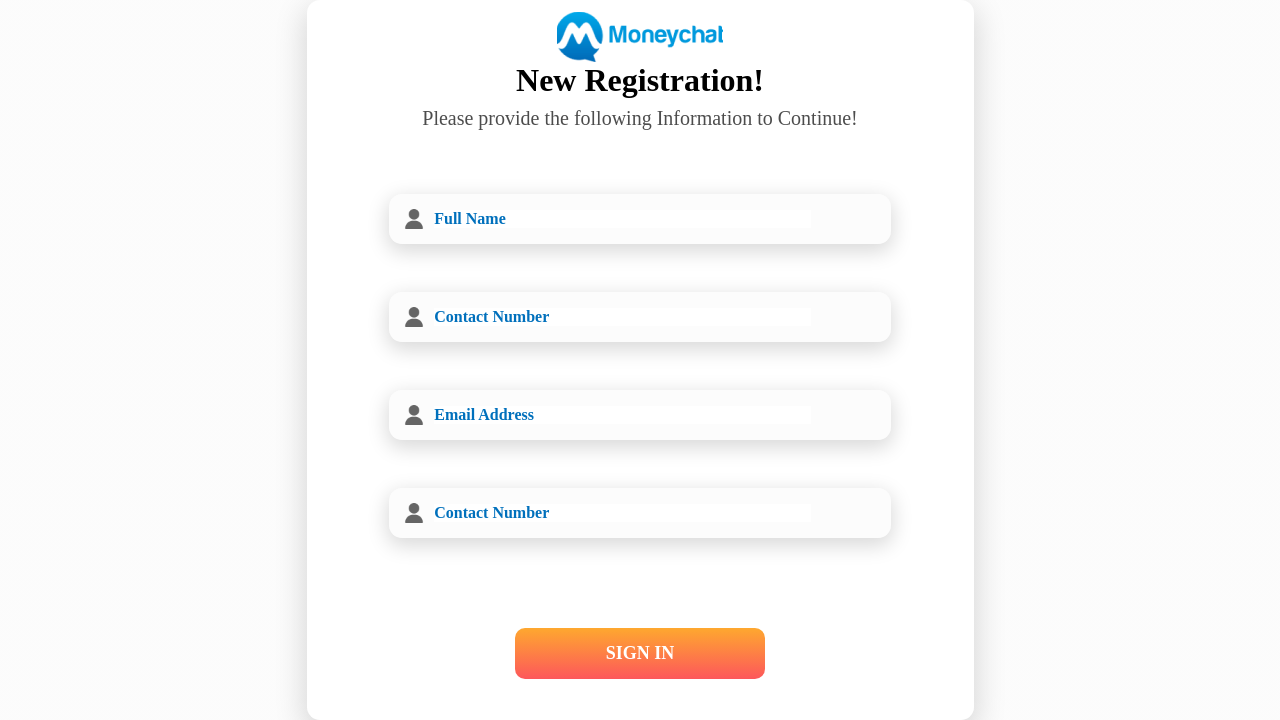
Repository: FlyweisReact/Money-Chat
Page: /register
An editor plug-in stored every save of this project. The page is shown before and after a run of saves, followed by the edit.
The browser window is 1280 px wide. The pictures show the whole page.
The project was rebuilt for these pictures with package versions that can differ from the ones it lists, and the page was loaded fresh each time. Also part of the build but not shown: src/forms/Login.jsx.

Above is the page before, as saved 2023-11-29 14:48:20.

After the next 2 saves:
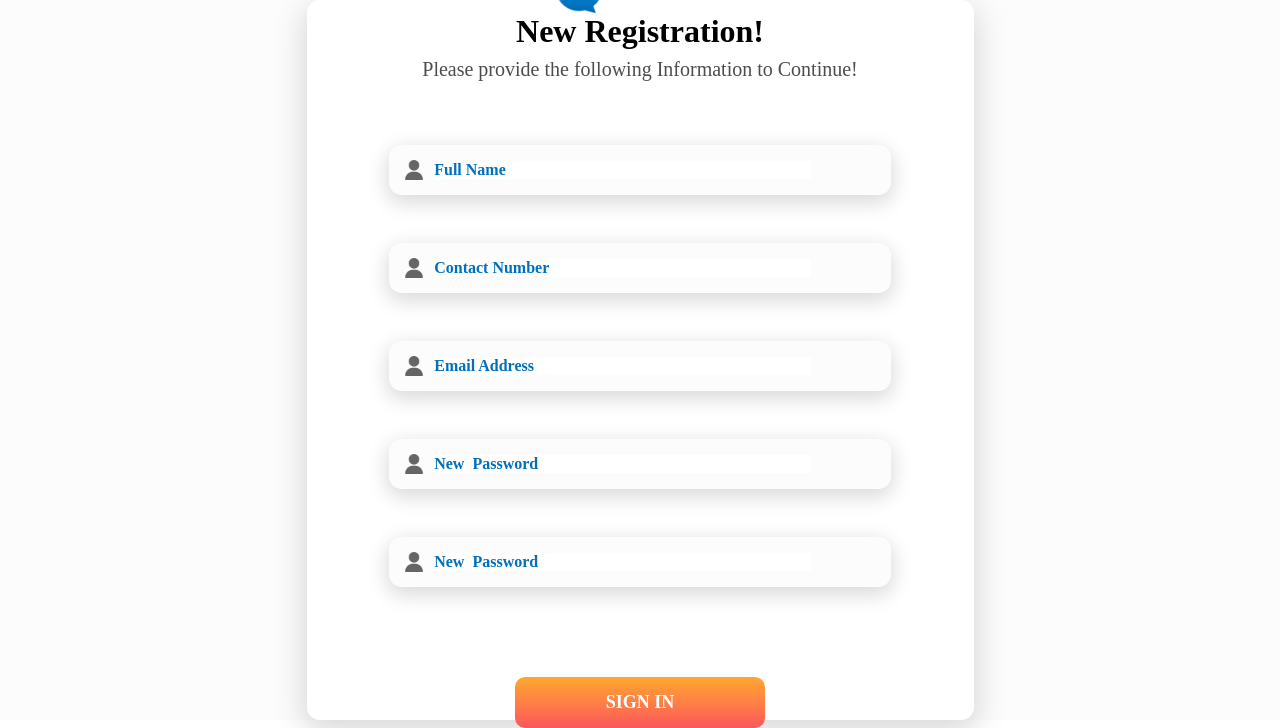
The 2 saves are shown as one change because they came seconds apart.
The last was saved 7 s later.
--- a/src/forms/Regestration.js
+++ b/src/forms/Regestration.js
@@ -29,7 +29,11 @@
           </div>
           <div className="input_group mt-5">
             <img src="./Image/1.png" alt="" />
-            <input type="text" placeholder="Contact Number" />
+            <input type="text" placeholder="New  Password" />
+          </div>
+          <div className="input_group mt-5">
+            <img src="./Image/1.png" alt="" />
+            <input type="text" placeholder="New  Password" />
           </div>
 
 
